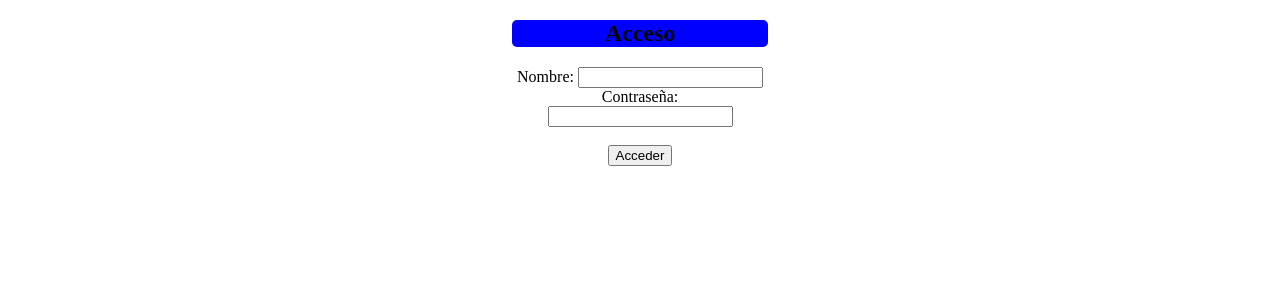
Repository: MateoSantander/Ejercicios4y5
Page: http://localhost/Ejercicio_4/JSP_login.jsp
These files come from the project's save history. The page is drawn as it stood at one moment and after the next save; the edit follows.
The browser window is 1280 px wide. The pictures show the whole page.
The page is served by Tomcat 9. Other server files are loaded and not shown.

Above is the page before, as saved 2022-03-18 13:40:51.

### Ejercicio_4/src/main/webapp/JSP_login.jsp
<%@ page language="java" contentType="text/html; charset=ISO-8859-1"
    pageEncoding="ISO-8859-1"%>
<!DOCTYPE html>
<html>
<head>
<meta charset="ISO-8859-1">
<title>acceso</title>
<link rel="stylesheet" href="css/design.css">
</head>
<body>
			<h2>Acceso</h2>
		<form action="login" method="post">
			Nombre: <input type="text" class="form-control" name="username"/>
			<br/>
			Contraseña: <input type="password" class="form-control" name="password"/>
			<br/><br/>
			<input type="submit" value="Acceder">
		</form>
</body>
</html>

### Ejercicio_4/src/main/webapp/css/design.css
@charset "ISO-8859-1";

h2{
	 color:rgb(rgb(255, 0, 0), green, blue);
        text-align:center;
        border-radius: 5px;
        background-color: blue;
}

body{
	text-align:center;
	margin-left: 40%;
    margin-right: 40%;
	border: 2px blue;

}

After the next save:
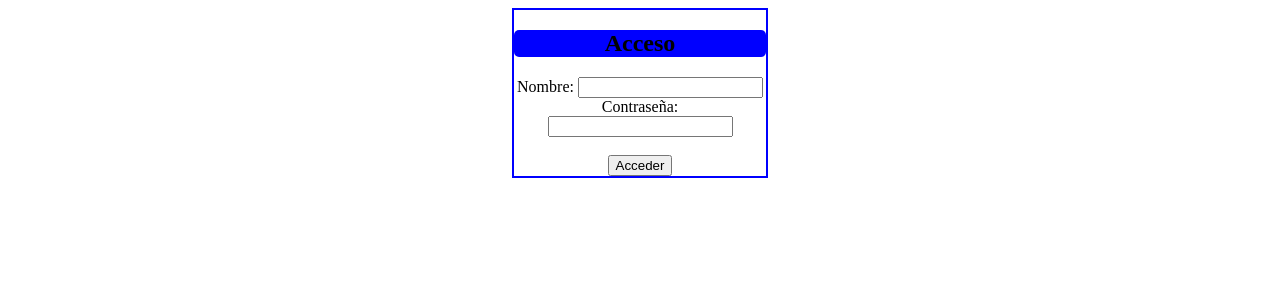
Saved 44 s later.
--- a/Ejercicio_4/src/main/webapp/css/design.css
+++ b/Ejercicio_4/src/main/webapp/css/design.css
@@ -11,6 +11,6 @@ body{
 	text-align:center;
 	margin-left: 40%;
     margin-right: 40%;
-	border: 2px blue;
+	border: 2px blue solid;
 
 }
